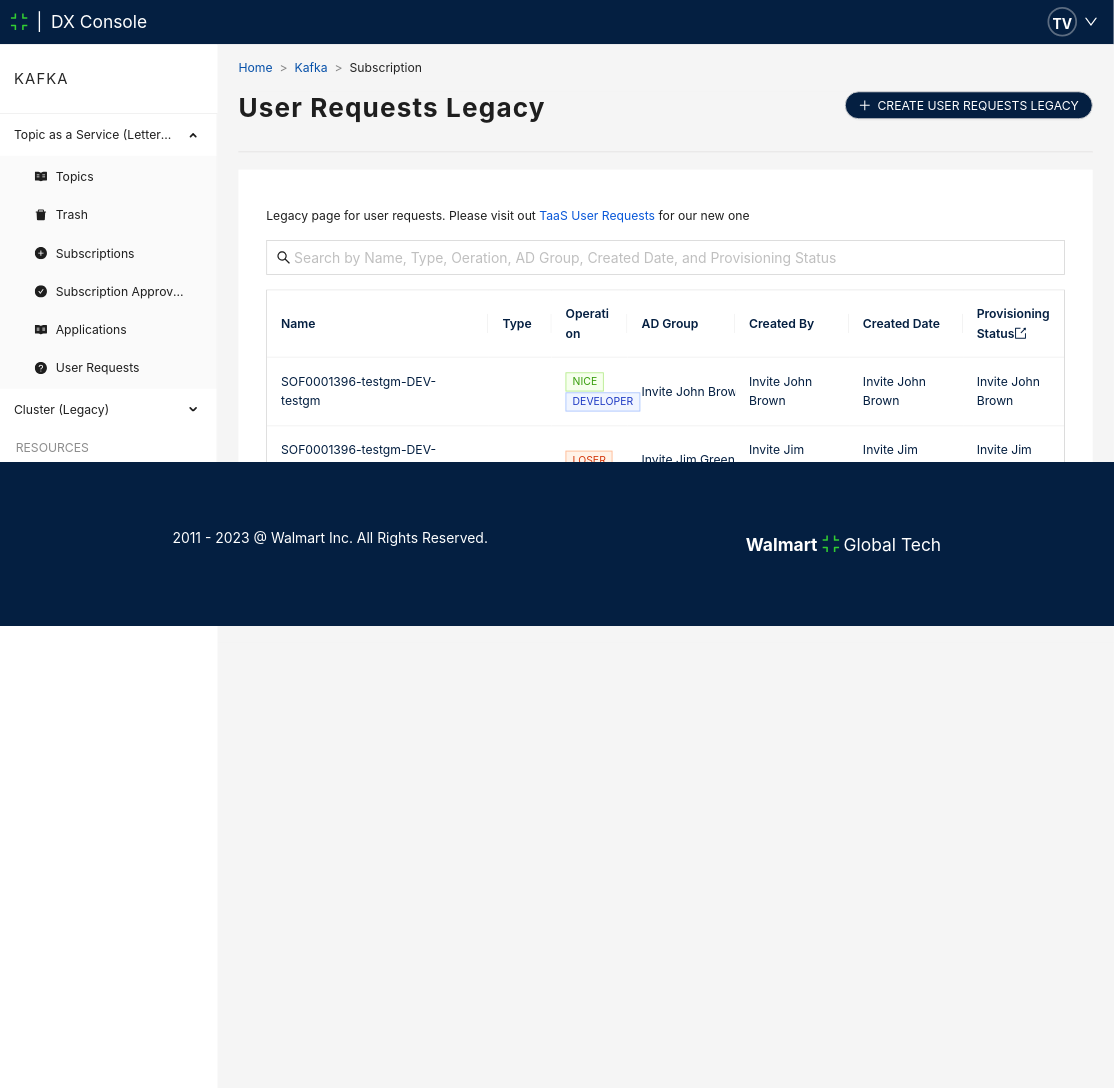
Repository: Qianying-Chai/kafka
Page: /kafka/legacy-requests
These files come from the project's save history. The page is drawn as it stood at one moment and after the next save; the edit follows.
The browser window is 1280 px wide. The pictures show the whole page, at 87% of full size.
The project was rebuilt for these pictures with package versions that can differ from the ones it lists, and the page was loaded fresh each time. Also part of the build but not shown: src/pages/Taas/Topics/Topics.jsx, src/pages/Taas/Trash/Style/Trash.css, src/pages/Taas/Trash/Trash.jsx, src/pages/Taas/SubscriptionApprovals/SubscriptionApprovals.jsx, src/pages/Taas/Subscriptions/SubscriptionsNonProxy/SubscriptionsNonProxy.jsx, src/pages/Taas/Subscriptions/SubscriptionsProxy/SubscriptionsProxy.jsx, src/pages/Taas/Applications/Applications.jsx, src/pages/Taas/UserRequests/UserRequests.jsx and 6 more.

Above is the page before, as saved 2024-01-12 23:24:37.

### src/index.js
import React from "react";
import ReactDOM from "react-dom/client";
import App from "./App";
import { BrowserRouter } from "react-router-dom";
import { Provider } from "react-redux";
import store from "../src/redux/store";
import "./style/index.css";

const root = ReactDOM.createRoot(document.getElementById("root"));
root.render(
  <Provider store={store}>
    <BrowserRouter>
      <App />
    </BrowserRouter>
  </Provider>
);

### src/App.js
import Header from "./pages/common/Header";
import Sider from "./pages/common/Sider.jsx";
import categoryConstants from "./pages/common/categoryConstants";
import Topics from "./pages/Taas/Topics/Topics";
import Trash from "./pages/Taas/Trash/Trash";
import SubscriptionApprovals from "./pages/Taas/SubscriptionApprovals/SubscriptionApprovals";
import SubscriptionsNonProxy from "./pages/Taas/Subscriptions/SubscriptionsNonProxy/SubscriptionsNonProxy";
import SubscriptionsProxy from "./pages/Taas/Subscriptions/SubscriptionsProxy/SubscriptionsProxy";
import Applications from "./pages/Taas/Applications/Applications";
import UserRequests from "./pages/Taas/UserRequests/UserRequests";
import Clusters from "./pages/Cluster/Clusters";
import MigratedClusters from "./pages/Cluster/MigratedClusters";
import Subscription from "./pages/Cluster/Subscription";
import UserRequestsLegacy from "./pages/Cluster/UserRequestsLegacy";
import Support from "./pages/Resources/Support";
import Footer from "./pages/common/Footer";
import { Routes, Route } from "react-router-dom";
import { Layout } from "antd";

function App() {
  return (
    <div className="App">
      <Layout>
        <Header />
        <Layout>
          <Sider />
          <Layout
            style={{
              padding: "0 24px 24px",
              height: "fit-content",
            }}
          >
            <Routes>
              <Route
                path={`kafka/${categoryConstants.TOPICS.toLowerCase()}`}
                element={<Topics />}
              />
              <Route
                path={`kafka/${categoryConstants.TRASH.toLowerCase()}`}
                element={<Trash />}
              />
              <Route
                path={`kafka/${categoryConstants.SUBSCRIPTIONS.toLowerCase()}_active_tab=nonProxy`}
                element={<SubscriptionsNonProxy />}
              />
              <Route
                path={`kafka/${categoryConstants.SUBSCRIPTIONS.toLowerCase()}_active_tab=proxy`}
                element={<SubscriptionsProxy />}
              />
              <Route
                path={`kafka/subscriptionRequests`}
                element={<SubscriptionApprovals />}
              />
              <Route
                path={`kafka/${categoryConstants.APPLICATIONS.toLowerCase()}`}
                element={<Applications />}
              />
              <Route path={`kafka/requests`} element={<UserRequests />} />
              <Route
                path={`kafka/${categoryConstants.CLUSTERS.toLowerCase()}`}
                element={<Clusters />}
              />
              <Route
                path={`kafka/migrated-clusters`}
                element={<MigratedClusters />}
              />
              <Route
                path={`kafka/mps-clusters-subscriptions`}
                element={<Subscription />}
              />
              <Route
                path={`kafka/legacy-requests`}
                element={<UserRequestsLegacy />}
              />
              <Route
                path={`kafka/${categoryConstants.SUPPORT.toLowerCase()}`}
                element={<Support />}
              />
            </Routes>
          </Layout>
        </Layout>
        <Footer />
      </Layout>
    </div>
  );
}

export default App;

### src/redux/store.jsx
import { configureStore } from "@reduxjs/toolkit";
import reducer from "./reducer";
const store = configureStore({ reducer: reducer });
export default store;

### src/pages/common/Header.jsx
import React from "react";
import "./Style/Header.css";
import { CompressOutlined, UpOutlined, DownOutlined } from "@ant-design/icons";
import { Layout } from "antd";
import { useState } from "react";
const Header = () => {
  const [login, setLogin] = useState(true);

  return (
    <Layout>
      <Layout.Header className="header">
        <div className="header-content-left">
          <CompressOutlined className="header-left-icon" />
          <span className="header-left-divider">|</span>
          <span className="header-left-dx-console">DX Console </span>
        </div>
        <div className="header-content-right">
          <div className="user">
            <div className="user-icon">TV</div>
            {login ? (
              <DownOutlined
                className="login-button"
                onClick={() => {
                  setLogin((state) => !state);
                }}
              />
            ) : (
              <UpOutlined
                className="logout-button"
                onClick={() => {
                  setLogin((state) => !state);
                }}
              />
            )}
          </div>
          <div
            className="logout-pop-up"
            style={{
              display: login ? "none" : "block",
            }}
          >
            LOGOUT
          </div>
        </div>
      </Layout.Header>
    </Layout>
  );
};
export default Header;

### src/pages/common/Sider.jsx
import React from "react";
import { Link } from "react-router-dom";
import "./Style/Sider.css";
import {
  ReadFilled,
  DeleteFilled,
  PlusCircleFilled,
  CheckCircleFilled,
  QuestionCircleFilled,
  HddFilled,
  SettingFilled,
} from "@ant-design/icons";
import { Layout, Menu, theme, ConfigProvider } from "antd";
import categoryConstants from "./categoryConstants";

const Sider = () => {
  const {
    token: { colorBgContainer },
  } = theme.useToken();

  const items = [
    {
      key: "Topic as a Service (Lettera)",
      label: "Topic as a Service (Lettera)",
      children: [
        {
          key: "Topics",
          label: (
            <Link to={`kafka/${categoryConstants.TOPICS.toLowerCase()}`}>
              {categoryConstants.TOPICS}
            </Link>
          ),
          icon: React.createElement(ReadFilled),
        },
        {
          key: "Trash",
          label: (
            <Link to={`kafka/${categoryConstants.TRASH.toLowerCase()}`}>
              {categoryConstants.TRASH}
            </Link>
          ),
          icon: React.createElement(DeleteFilled),
        },
        {
          key: "Subscriptions",
          label: (
            <Link
              to={`kafka/${categoryConstants.SUBSCRIPTIONS.toLowerCase()}_active_tab=nonProxy`}
            >
              {categoryConstants.SUBSCRIPTIONS}
            </Link>
          ),
          icon: React.createElement(PlusCircleFilled),
        },
        {
          key: "Subscription Approvals",
          label: (
            <Link to={`kafka/subscriptionRequests`}>
              {categoryConstants.SUBSCRIPTIONS_APPROVALS.replace("_", " ")}
            </Link>
          ),
          icon: React.createElement(CheckCircleFilled),
        },
        {
          key: "Applications",
          label: (
            <Link to={`kafka/${categoryConstants.APPLICATIONS.toLowerCase()}`}>
              {categoryConstants.APPLICATIONS}
            </Link>
          ),
          icon: React.createElement(ReadFilled),
        },
        {
          key: "User Requests",
          label: (
            <Link to={`kafka/requests`}>
              {categoryConstants.USER_REQUESTS.replace("_", " ")}
            </Link>
          ),
          icon: React.createElement(QuestionCircleFilled),
        },
      ],
    },
    {
      label: <div>Cluster (Legacy)</div>,
      key: "Cluster (Legacy)",
      children: [
        {
          key: "Clusters",
          label: (
            <Link to={`kafka/${categoryConstants.CLUSTERS.toLowerCase()}`}>
              {categoryConstants.CLUSTERS}
            </Link>
          ),
          icon: React.createElement(HddFilled),
        },
        {
          key: "Migrated Clusters",
          label: (
            <Link to={`kafka/migrated-clusters`}>
              {categoryConstants.MIGRATED_CLUSTERS.replace("_", " ")}
            </Link>
          ),
          icon: React.createElement(HddFilled),
        },
        {
          key: "Subscription",
          label: (
            <Link to={`kafka/mps-clusters-subscriptions`}>
              {categoryConstants.SUBSCRIPTION}
            </Link>
          ),
          icon: React.createElement(PlusCircleFilled),
        },
        {
          key: "User Requests (Legacy)",
          label: (
            <Link to={`kafka/legacy-requests`}>User Requests (Legacy)</Link>
          ),
          icon: React.createElement(QuestionCircleFilled),
        },
      ],
    },
    {
      label: <div>RESOURCES</div>,
      type: "group",
      key: "RESOURCES",
      children: [
        {
          key: "Supprot",
          label: (
            <Link to={`kafka/${categoryConstants.SUPPORT.toLowerCase()}`}>
              {categoryConstants.SUPPORT}
            </Link>
          ),
          icon: React.createElement(SettingFilled),
        },
      ],
    },
  ];

  return (
    <ConfigProvider
      theme={{
        components: {
          Menu: {
            itemHoverBg: "",
            itemHoverColor: "#1890ff",
            padding: 30,
          },
          Tabs: {
            inkBarColor: "rgb(4, 31, 65)",
          },
        },
      }}
    >
      <Layout.Sider
        className="sider"
        width={"250px"}
        style={{
          background: colorBgContainer,
        }}
      >
        <div className="slider-top">
          <span className="slider-top-content">KAFKA</span>
        </div>
        <div
          style={{
            marginLeft: "-12px",
          }}
        >
          <div></div>
          <Menu
            mode="inline"
            items={items}
            defaultOpenKeys={["Topic as a Service (Lettera)", "RESOURCES"]}
            style={{
              color: "#041f41",
            }}
          />
        </div>
      </Layout.Sider>
    </ConfigProvider>
  );
};
export default Sider;

### src/pages/common/categoryConstants.jsx
const categoryConstants = {
  TOPICS: "Topics",
  TRASH: "Trash",
  SUBSCRIPTIONS: "Subscriptions",
  SUBSCRIPTIONS_APPROVALS: "Subscription Approvals",
  APPLICATIONS: "Applications",
  USER_REQUESTS: "User Requests",
  CLUSTERS: "Clusters",
  MIGRATED_CLUSTERS: "Migrated Clusters",
  SUBSCRIPTION: "Subscription",
  USERE_REQUESTS_LEGACY: "User Requests Legacy",
  SUPPORT: "Support",
};

export default categoryConstants;

### src/pages/Cluster/UserRequestsLegacy.jsx
import React from "react";

import ComponentsTable from "../Components/ComponentsTable";
import ComponentsInput from "../Components/ComponentsInput";
import ComponentsPagination from "../Components/ComponentsPagination";
import categoryConstants from "../common/categoryConstants";
import ComponentsTitle from "../Components/ComponentsTitle";
import ComponentsBreadcrumb from "../Components/ComponentsBreadcrumb";
import ComponentsContent from "../Components/ComponentsContent";
import { Space, Tag, Button } from "antd";
import { PlusOutlined } from "@ant-design/icons";
import { ExportOutlined } from "@ant-design/icons";

const UserRequestsLegacy = () => {
  const columns = [
    {
      title: "Name",
      dataIndex: "Name",
      key: "Name",
      width: "35%",
      render: (_, record) => (
        <Space size="middle">
          <a> SOF0001396-testgm-DEV-testgm</a>
        </Space>
      ),
    },
    {
      title: "Type",
      dataIndex: "Type",
      key: "Type",
      width: "10%",
    },
    {
      title: "Operation",
      key: "Operation",
      dataIndex: "Operation",
      width: "12%",
      render: (_, { tags }) => (
        <>
          {tags.map((tag) => {
            let color = tag.length > 5 ? "geekblue" : "green";
            if (tag === "loser") {
              color = "volcano";
            }
            return (
              <Tag color={color} key={tag}>
                {tag.toUpperCase()}
              </Tag>
            );
          })}
        </>
      ),
    },
    {
      title: "AD Group",
      key: "AD Group",
      width: "17%",
      ellipsis: true,
      render: (_, record) => (
        <Space size="middle">
          <a>Invite {record.name}</a>
        </Space>
      ),
    },
    {
      title: "Created By",
      key: "Created By",
      width: "18%",
      render: (_, record) => (
        <Space size="middle">
          <a>Invite {record.name}</a>
        </Space>
      ),
    },
    {
      title: "Created Date",
      key: "Created Date",
      width: "18%",

      render: (_, record) => (
        <Space size="middle">
          <a>Invite {record.name}</a>
        </Space>
      ),
    },
    {
      title: (
        <div>
          Provisioning Status
          <ExportOutlined style={{ fontSize: "14px" }} />
        </div>
      ),
      key: "Provisioning Status",
      width: "16%",
      render: (_, record) => (
        <Space size="middle">
          <a>Invite {record.name}</a>
        </Space>
      ),
    },
  ];
  const data = [
    {
      key: "1",
      name: "John Brown",
      age: 32,
      address: "New York No. 1 Lake Park",
      tags: ["nice", "developer"],
    },
    {
      key: "2",
      name: "Jim Green",
      age: 42,
      address: "London No. 1 Lake Park",
      tags: ["loser"],
    },
    {
      key: "3",
      name: "Joe Black",
      age: 32,
      address: "Sydney No. 1 Lake Park",
      tags: ["cool", "teacher"],
    },
  ];
  return (
    <>
      <div>
        <ComponentsBreadcrumb
          items={[
            {
              title: "Home",
            },
            {
              title: "Kafka",
            },
            {
              title: categoryConstants.SUBSCRIPTION,
            },
          ]}
        />
        <div className="content-banner">
          <ComponentsTitle title={categoryConstants.USERE_REQUESTS_LEGACY} />
          <Button shape="round" size="medium" className="content-banner-button">
            <PlusOutlined />
            {`CREATE ${categoryConstants.USERE_REQUESTS_LEGACY.toLocaleUpperCase()}`}
          </Button>
        </div>
      </div>
      <ComponentsContent title={categoryConstants.USERE_REQUESTS_LEGACY}>
        <p className="content-text">
          Legacy page for user requests. Please visit out{" "}
          <span style={{ color: "#0958d9" }}>TaaS User Requests </span>for our
          new one
        </p>
        <ComponentsInput
          placeholder={
            "Search by Name, Type, Oeration, AD Group, Created Date, and Provisioning Status"
          }
        />
        <ComponentsTable columns={columns} data={data} />
        <ComponentsPagination defaultPageSize={25} total={25} />
      </ComponentsContent>
    </>
  );
};
export default UserRequestsLegacy;

### src/pages/common/Footer.jsx
import React from "react";
import { Layout } from "antd";
import { CompressOutlined } from "@ant-design/icons";
import "./Style/Footer.css";

const Footer = () => {
  return (
    <Layout.Footer className="footer">
      <div className="footer-text-left">
        2011 - 2023 @ Walmart Inc. All Rights Reserved.
      </div>
      <div className="footer-text-right">
        <span className="footer-text-right-walmart">Walmart</span>
        <CompressOutlined className="footer-icon" />
        <span className="footer-text-right-global-tech">Global Tech</span>
      </div>
    </Layout.Footer>
  );
};

export default Footer;

### src/redux/reducer.jsx
import { SET_PATH_NAME, SET_SELECTED_TAAS_SUBSCRIPTIONS } from "./constants";
const initialState = {
  pathName: "",
  selectedTaasSubscriptions: "nonProxy",
};
const reducer = (state = initialState, action) => {
  const { type, payload } = action;
  switch (type) {
    case SET_PATH_NAME:
      return { ...state, pathName: payload };
    case SET_SELECTED_TAAS_SUBSCRIPTIONS:
      return { ...state, selectedTaasSubscriptions: payload };
    default:
      return state;
  }
};

export default reducer;

### src/pages/common/Style/Header.css
.header {
  justify-content: space-between;
  padding: 0 12px;
  background-color: rgb(4, 31, 65);
  height: 51px;
  line-height: 51px;
  color: #ffffff;
}

.header,
.user {
  display: flex;
}

.header-content-left {
  font-size: 20px;
}

.header-left-icon {
  color: #32cd32;
}

.header-left-divider {
  margin: 0 10px;
}

.header-content-right {
  font-weight: bolder;
  flex-direction: column;
  font-size: 1rem;
  width: 76px;
  padding-left: 12px;
}

.user {
  margin: 8px 0px;
}
.user-icon {
  height: 34px;
  line-height: 34px;
  width: 34px;
  border-radius: 50%;
  text-align: center;
}
.user-icon,
.logout-pop-up {
  border: 2px solid rgba(225, 225, 225, 0.4);
}

.login-button,
.logout-button {
  padding-left: 8px;
}

.logout-pop-up {
  transition: all 10s ease-out;
  width: 100px;
  height: 60px;
  line-height: 60px;
  position: absolute;
  right: 0px;
  z-index: 999;
  font-size: 15px;
  letter-spacing: 1pt;
  text-align: center;
  justify-content: center;
  color: rgb(94, 91, 91);
  box-shadow: 0px 0px 4px 4px rgba(176, 174, 174, 0.4);
}

### src/pages/common/Style/Sider.css
.sider {
  min-height: 1200px;
}

.slider-top {
  height: 80px;
  border-bottom: 1px solid rgb(239, 239, 239);
}
.slider-top-content {
  height: 100%;
  display: flex;
  align-items: center;
  margin-left: 16px;
  letter-spacing: 1pt;
  font-size: 17px;
  color: #000000d9;
}

### src/pages/Components/ComponentsTable.jsx
import { ConfigProvider, Table } from "antd";

const ComponentsTable = (props) => {
  return (
    <ConfigProvider
      theme={{
        components: {
          Table: {
            headerBg: "#ffffff",
            headerColor: "#041F41",
          },
        },
        token: {
          colorLink: "rgb(4, 31, 65)",
          borderRadius: 0,
        },
      }}
    >
      <Table
        style={{ border: "1px solid	#d7d7d7", margin: "12px 0" }}
        columns={props.columns}
        dataSource={props.data}
        pagination={false}
      />
    </ConfigProvider>
  );
};

export default ComponentsTable;

### src/pages/Components/ComponentsInput.jsx
import { SearchOutlined } from "@ant-design/icons";
import { Input } from "antd";

const ComponentsInput = (props) => {
  return (
    <>
      <Input
        size="large"
        placeholder={props.placeholder}
        prefix={<SearchOutlined />}
        style={{ borderRadius: "0px", marginBottom: "5px" }}
      />
    </>
  );
};

export default ComponentsInput;

### src/pages/Components/ComponentsPagination.jsx
import React from "react";
import { Pagination, ConfigProvider } from "antd";

const ComponentsPagination = (props) => {
  return (
    <>
      <ConfigProvider
        theme={{
          token: {
            borderRadius: 0,
          },
        }}
      >
        <Pagination
          defaultCurrent={1}
          size="small"
          showSizeChanger
          showQuickJumper={props.showQuickJumper}
          defaultPageSize={props.defaultPageSize}
          total={props.total}
          style={{ display: "flex", justifyContent: "end" }}
        />
      </ConfigProvider>
    </>
  );
};

export default ComponentsPagination;

### src/pages/Components/ComponentsContent.jsx
import React from "react";
import "../common/Style/Content.css";
import { Layout, theme } from "antd";

const ComponentsContent = (props) => {
  const {
    token: { colorBgContainer },
  } = theme.useToken();

  return (
    <div>
      <Layout.Content
        style={{
          padding: "20px 32px 32px",
          minHeight: 280,
          background: colorBgContainer,
        }}
        {...props}
      ></Layout.Content>
    </div>
  );
};
export default ComponentsContent;

### src/pages/Components/ComponentsBreadcrumb.jsx
import React from "react";
import { Breadcrumb, ConfigProvider } from "antd";

const ComponentsBreadcrumb = (props) => {
  return (
    <ConfigProvider
      theme={{
        components: {
          Breadcrumb: {
            lastItemColor: "#000000D9",
            linkColor: "#075179",
            itemColor: "#0751A9",
            linkHoverColor: "#F5F5F5",
          },
          token: {
            colorBgTextHover: "#F5F5F5",
          },
        },
      }}
    >
      <div>
        <Breadcrumb
          style={{
            margin: "16px 0",
          }}
          separator=">"
          items={props.items}
        ></Breadcrumb>
      </div>
    </ConfigProvider>
  );
};
export default ComponentsBreadcrumb;

### src/pages/Components/ComponentsTitle.jsx
import React from "react";
import { Typography, ConfigProvider } from "antd";
const { Title } = Typography;

const ComponentsTitle = (props) => {
  return (
    <>
      <ConfigProvider
        theme={{
          components: {
            token: {
              colorText: "#041E42",
            },
          },
        }}
      >
        <Title level={2} style={{ fontWeight: "bold" }}>
          {props.title}
        </Title>
      </ConfigProvider>
    </>
  );
};

export default ComponentsTitle;

### src/pages/common/Style/Footer.css
.footer {
  text-emphasis-style: center;
  background-color: #041f41;
  color: white;
  display: flex;
  justify-content: space-around;
  height: 189px;
  align-items: center;
  width: 100%;
  position: fixed;
  bottom: 0;
}

.footer-icon {
  font-size: 20px;
  color: #32cd32;
}

.footer-text-left {
  font-size: 16px;
  margin-bottom: 16px;
}

.footer-text-right {
  font-size: 20px;
}

.footer-text-right-walmart {
  font-weight: bold;
  padding-right: 5px;
}

.footer-text-right-global-tech {
  padding-left: 5px;
}

### src/redux/constants.jsx
const SET_PATH_NAME = "SET_PATH_NAME";
const SET_SELECTED_TAAS_SUBSCRIPTIONS = "SET_SELECTED_TAAS_SUBSCRIPTIONS";
export { SET_PATH_NAME };
export { SET_SELECTED_TAAS_SUBSCRIPTIONS };

### src/pages/common/Style/Content.css
.content-banner {
  height: 70px;
  display: flex;
  justify-content: space-between;
  background-color: #f5f5f5;
  color: #041e42;
  letter-spacing: 1pt;
  border-bottom: 1px solid rgba(167, 164, 164, 0.3);
  margin-bottom: 20px;
  padding-bottom: 15px;
}

.content-banner-button {
  background-color: #041f41;
  color: #ffffff;
}

.content-text {
  margin: 24px 0 20px;
}

Loaded but not shown: public/index.html (common file); src/style/index.css (common file)

After the next save:
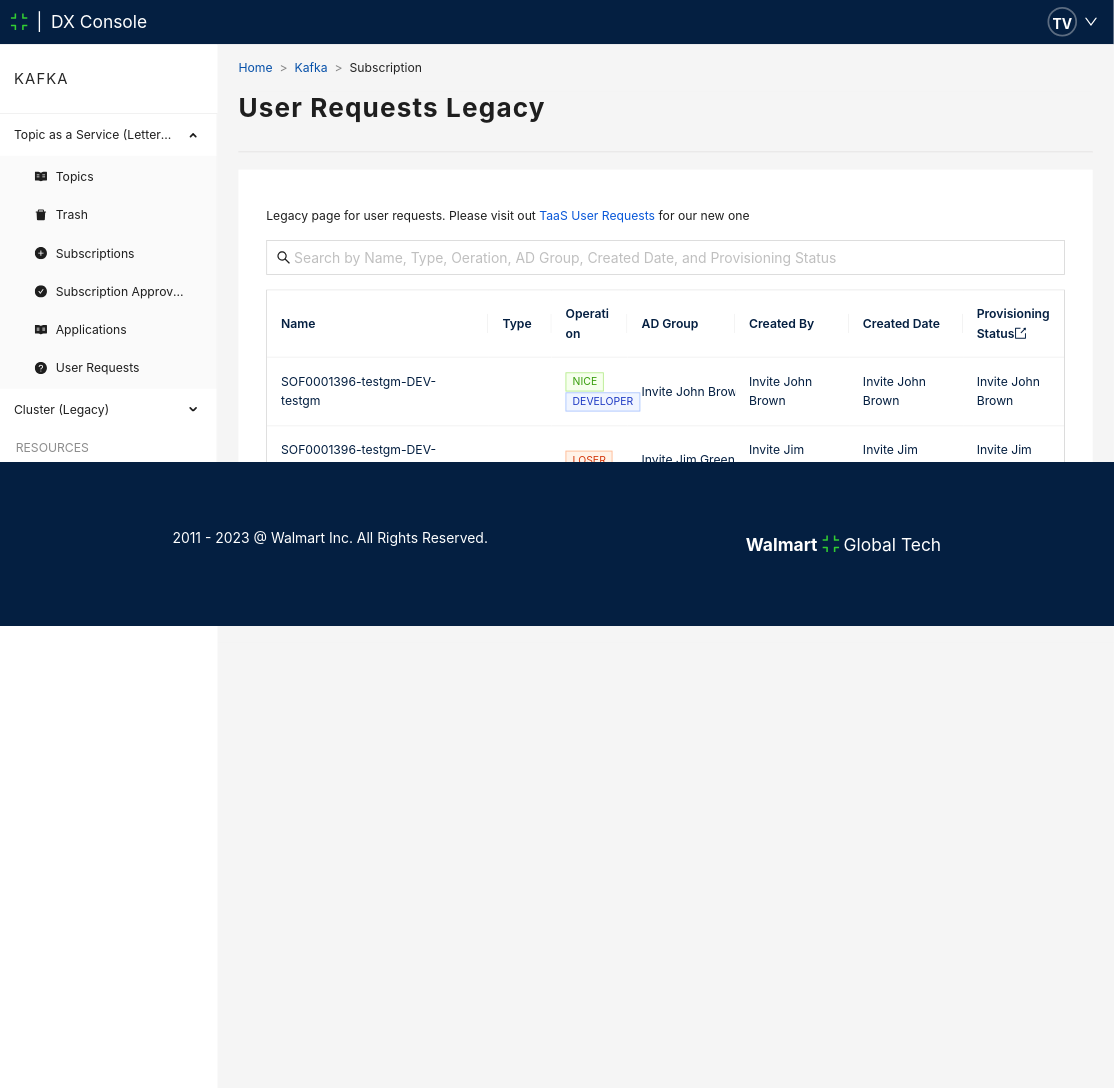
Saved 2 min 1 s later.
--- a/src/pages/Cluster/UserRequestsLegacy.jsx
+++ b/src/pages/Cluster/UserRequestsLegacy.jsx
@@ -140,10 +140,6 @@
         />
         <div className="content-banner">
           <ComponentsTitle title={categoryConstants.USERE_REQUESTS_LEGACY} />
-          <Button shape="round" size="medium" className="content-banner-button">
-            <PlusOutlined />
-            {`CREATE ${categoryConstants.USERE_REQUESTS_LEGACY.toLocaleUpperCase()}`}
-          </Button>
         </div>
       </div>
       <ComponentsContent title={categoryConstants.USERE_REQUESTS_LEGACY}>
